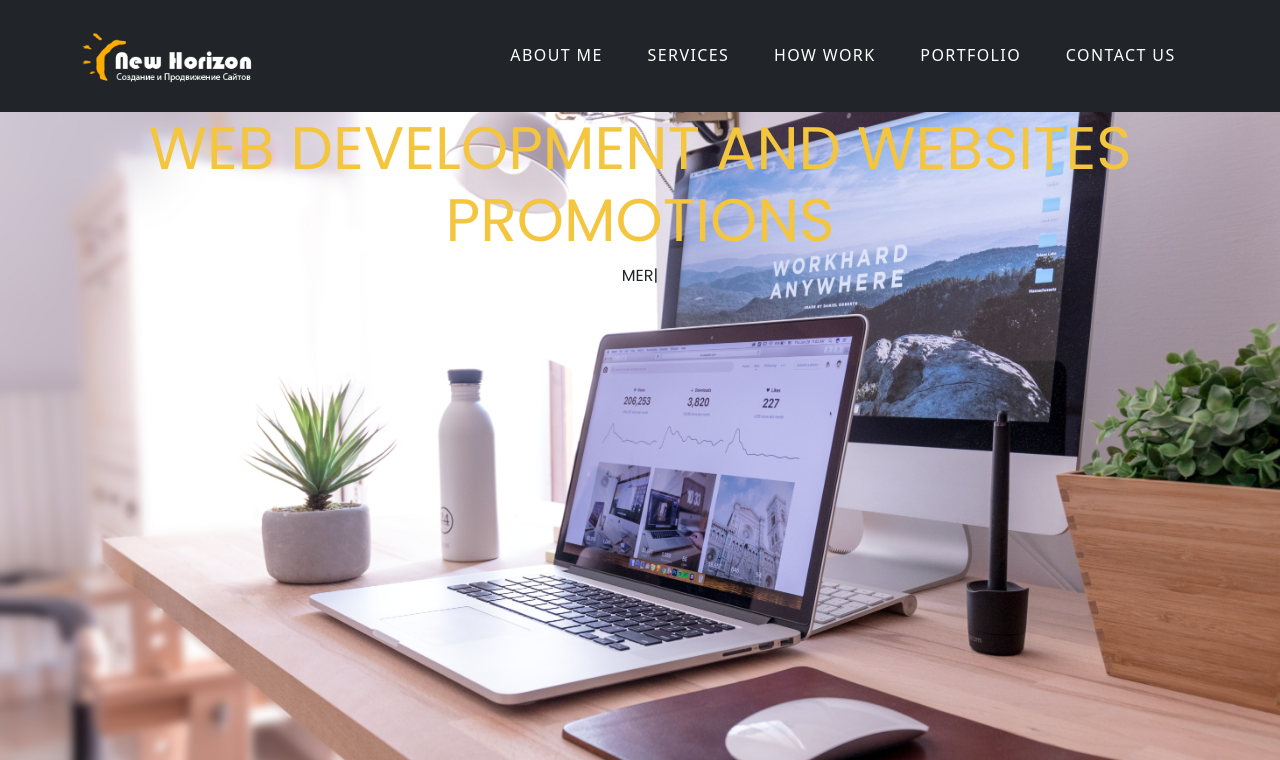
Repository: ahmedibrahimhassan654/React-Bootstrap-5
Page: /
The author's editor kept a copy of each file at every save. The page is drawn from the files as they stood at one save, then again after the next save.
The browser window is 1280 px wide. The pictures show the whole page.
The project was rebuilt for these pictures with package versions that can differ from the ones it lists, and the page was loaded fresh each time.

Above is the page before, as saved 2021-11-25 06:49:16.

After the next save:
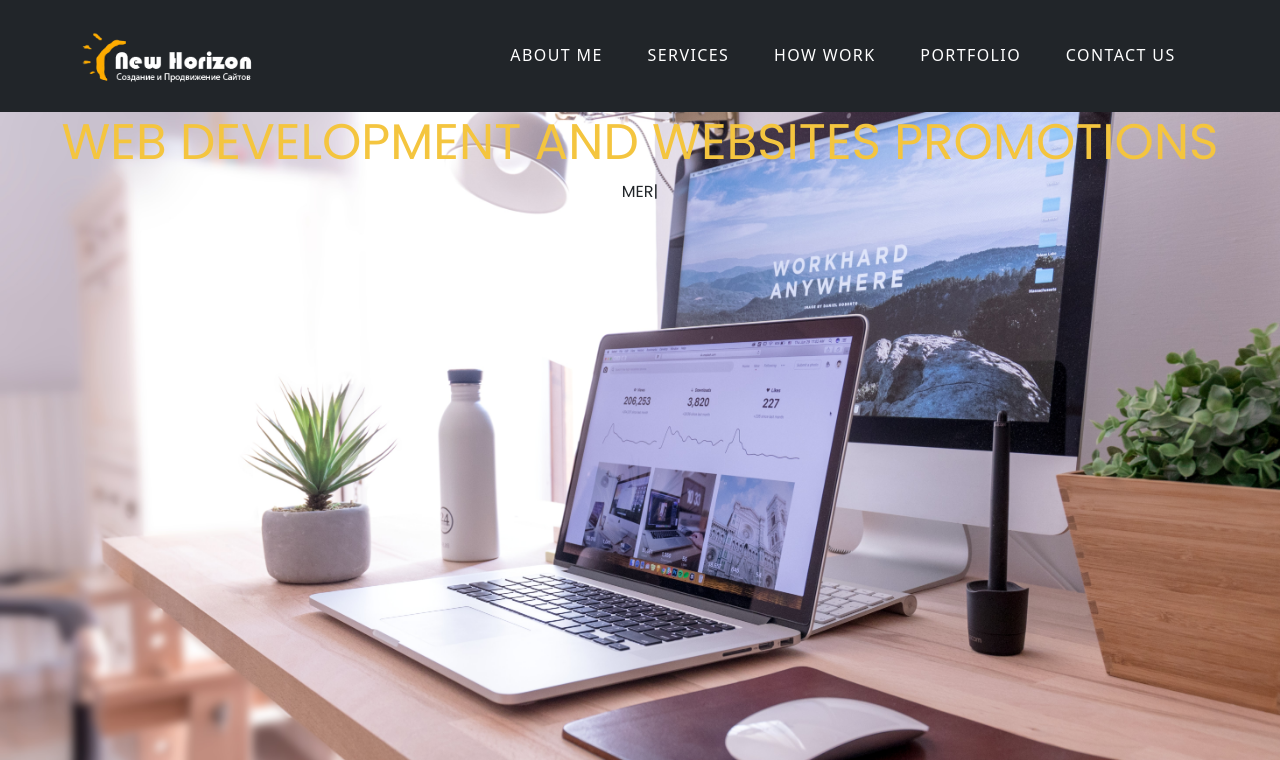
Saved 7 s later.
--- a/src/App.css
+++ b/src/App.css
@@ -64,5 +64,5 @@
   color: var(--primary-orage);
   text-transform: uppercase;
   font-weight: 1.25rem;
-  font-size: 60px;
+  font-size: 50px;
 }

After the save that followed:
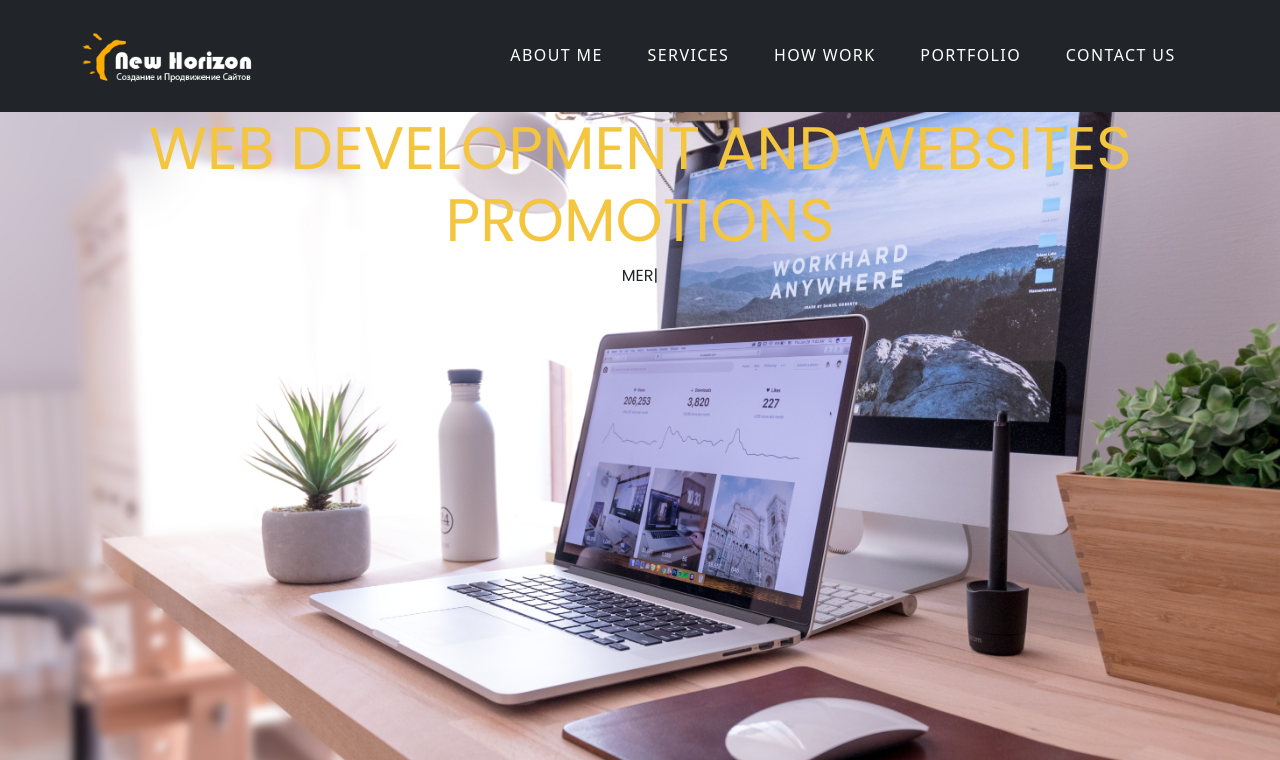
Saved 7 s later.
--- a/src/App.css
+++ b/src/App.css
@@ -64,5 +64,5 @@
   color: var(--primary-orage);
   text-transform: uppercase;
   font-weight: 1.25rem;
-  font-size: 50px;
+  font-size: 60px;
 }
